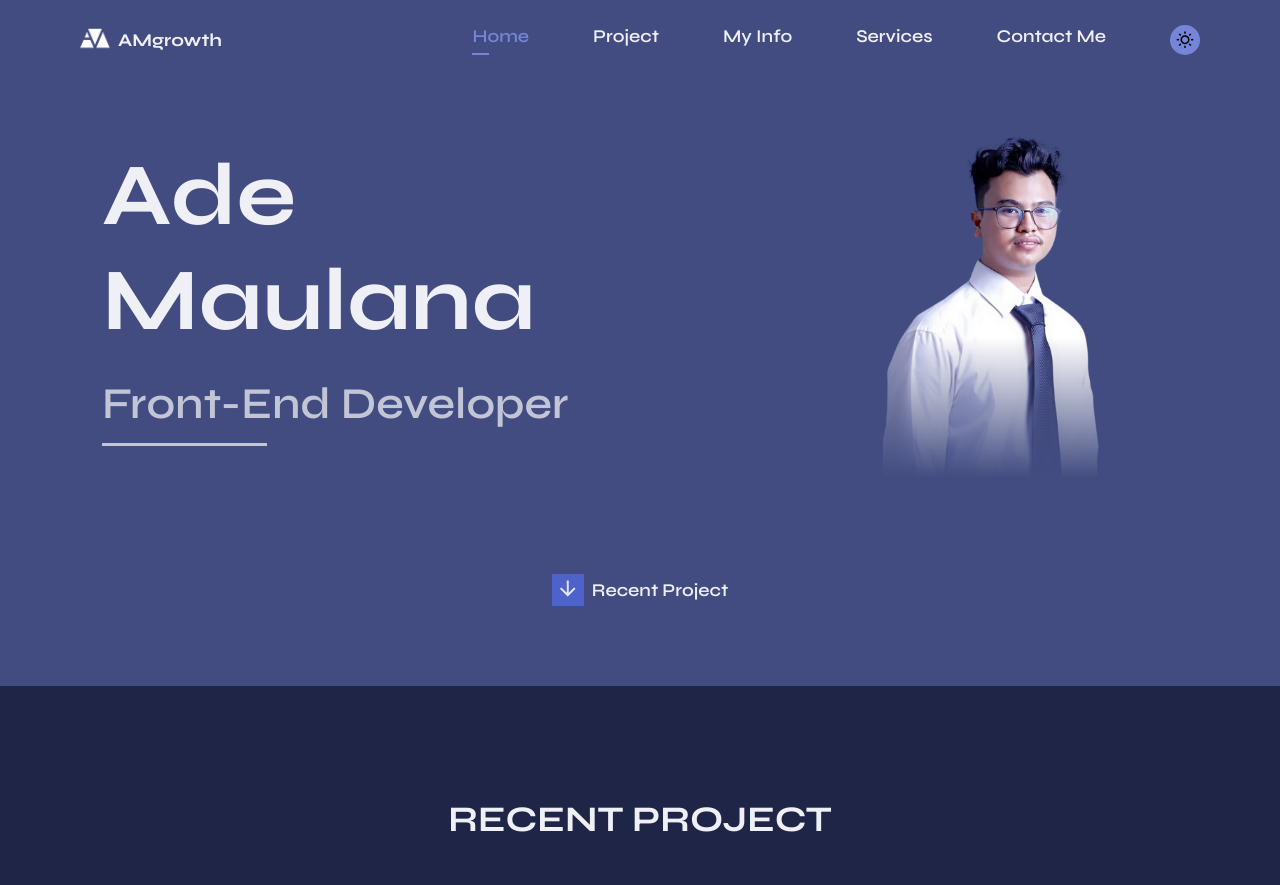
Repository: Ademaulana100499/portofolio
Page: index.html
An editor plug-in stored every save of this project. The page is shown before and after the next save, followed by the edit.
The browser window is 1280 px wide. The pictures show the part of the page from y = 0 to 885 px (the page is 6336 px tall).
A picture or video elsewhere on the page could not be fetched, so the positions and the page height are approximate. Some web fonts or font styles are not loaded; a fallback is used.

Above is the page before, as saved 2024-12-02 14:56:07.

After the next save:
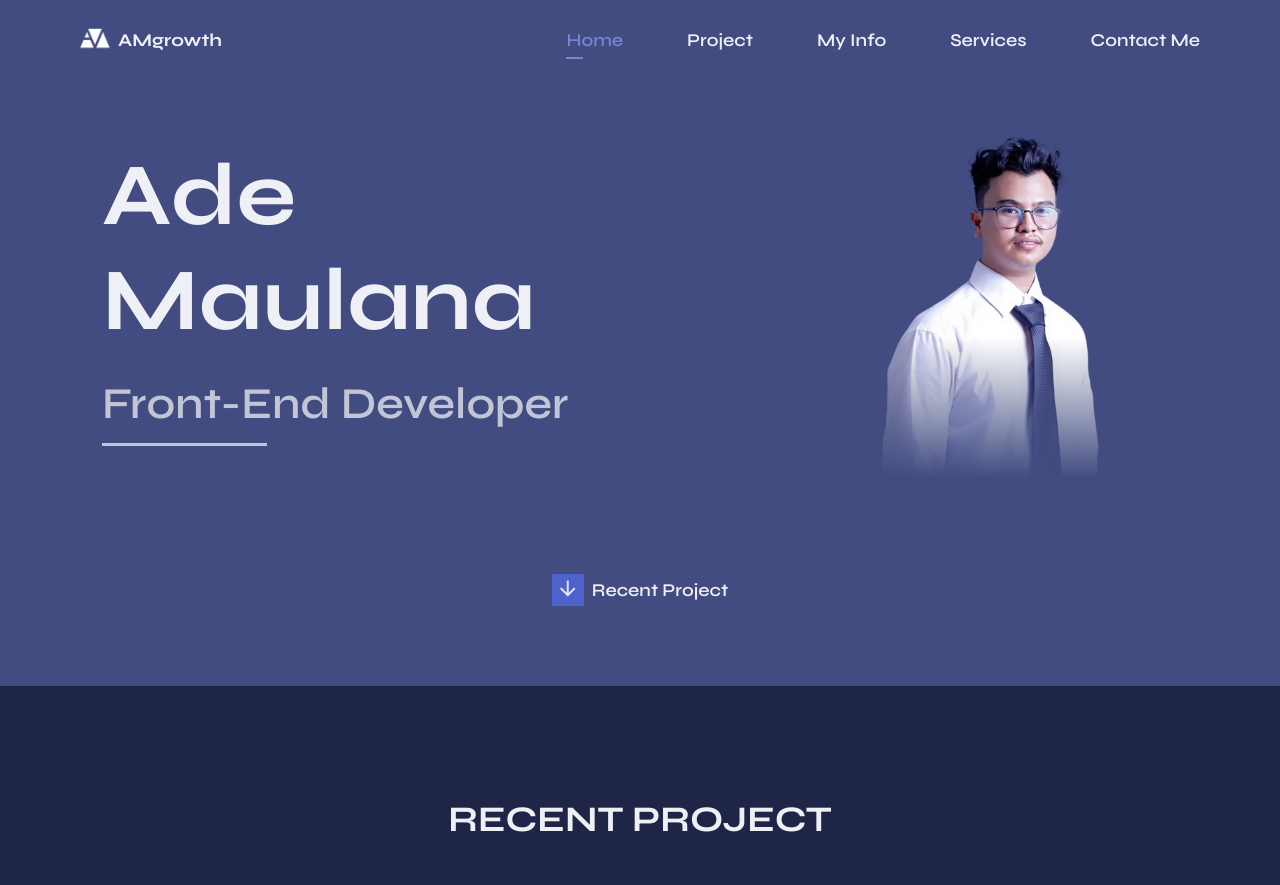
Console error: TypeError: Cannot read properties of null (reading 'addEventListener')
Saved 9 s later.
--- a/index.html
+++ b/index.html
@@ -40,12 +40,6 @@
             <li>
               <a href="#contact" class="nav__link">Contact Me</a>
             </li>
-            <li>
-              <button id="theme-switch">
-                <i class="ri-sun-line"></i>
-                <i class="ri-moon-line"></i>
-              </button>
-            </li>
           </ul>
 
           <!-- Close Button -->

After the save that followed:
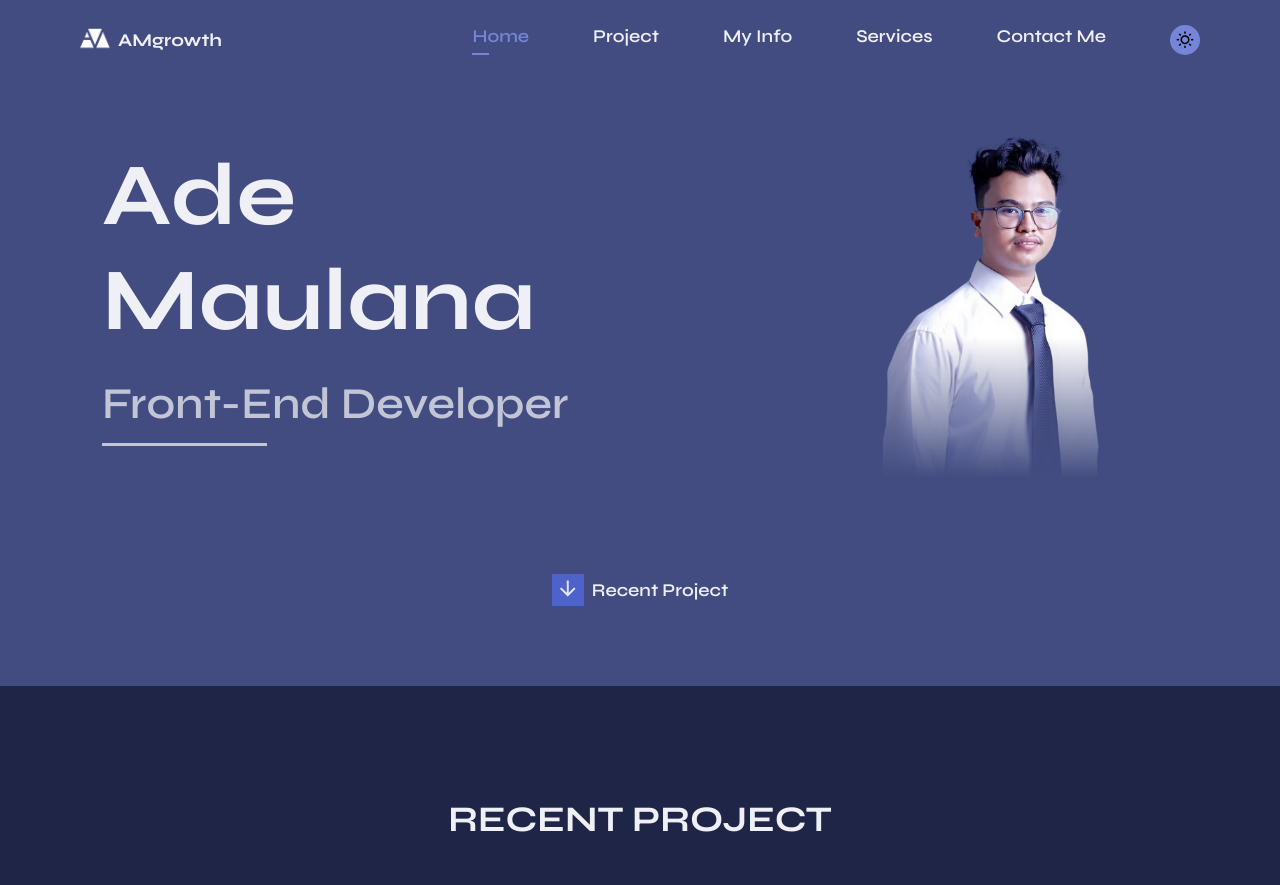
The error is gone.
Saved 6 s later.
--- a/index.html
+++ b/index.html
@@ -40,6 +40,12 @@
             <li>
               <a href="#contact" class="nav__link">Contact Me</a>
             </li>
+            <li>
+              <button id="theme-switch">
+                <i class="ri-sun-line"></i>
+                <i class="ri-moon-line"></i>
+              </button>
+            </li>
           </ul>
 
           <!-- Close Button -->
